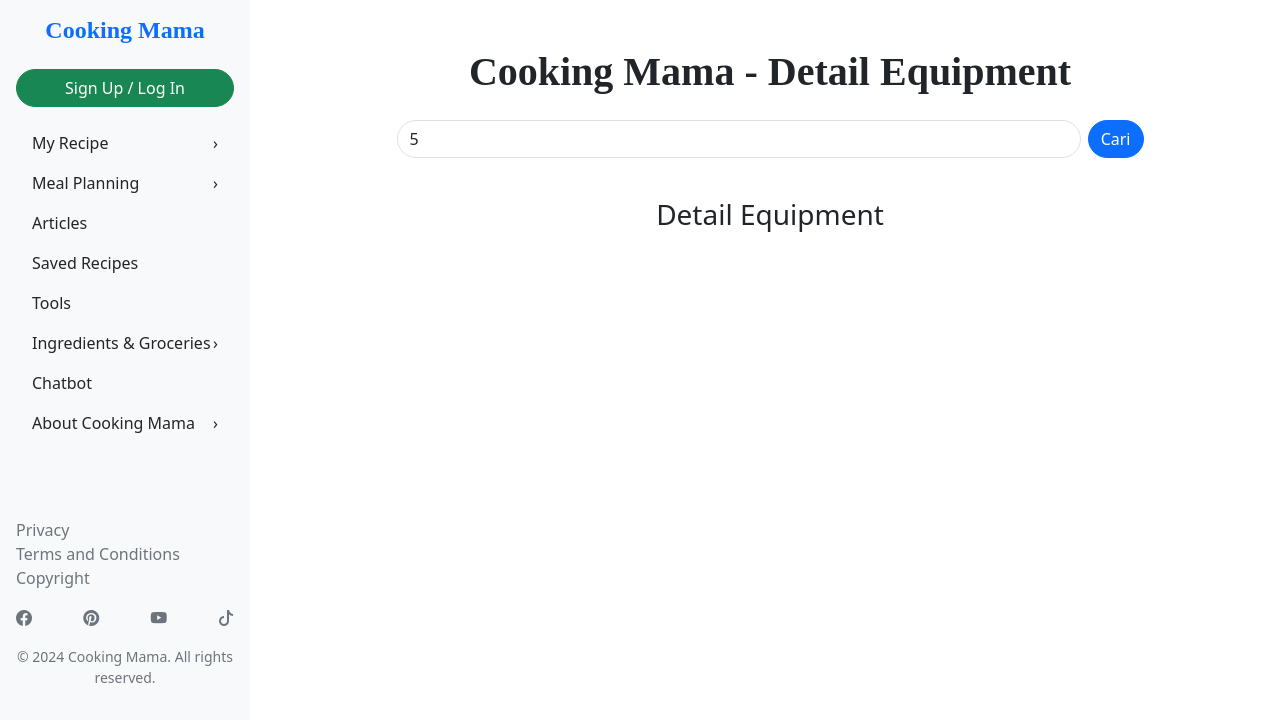
Repository: julius2510/UAS_Frontend_Kelompok10
Page: views/Tools.html
These files come from the project's save history. The page is drawn as it stood at one moment and after the next save; the edit follows.
The browser window is 1280 px wide. The pictures show the whole page.
Empty fields were first filled with sample values (such as "Sample", 5 or name@example.com).
After loading, the first visible `#searchEquipmentForm` was submitted once.
The page's requests for data from a server got no answer.

Above is the page before, as saved 2024-12-06 00:07:54.
Console error: TypeError: Cannot read properties of null (reading 'addEventListener')

After the next save:
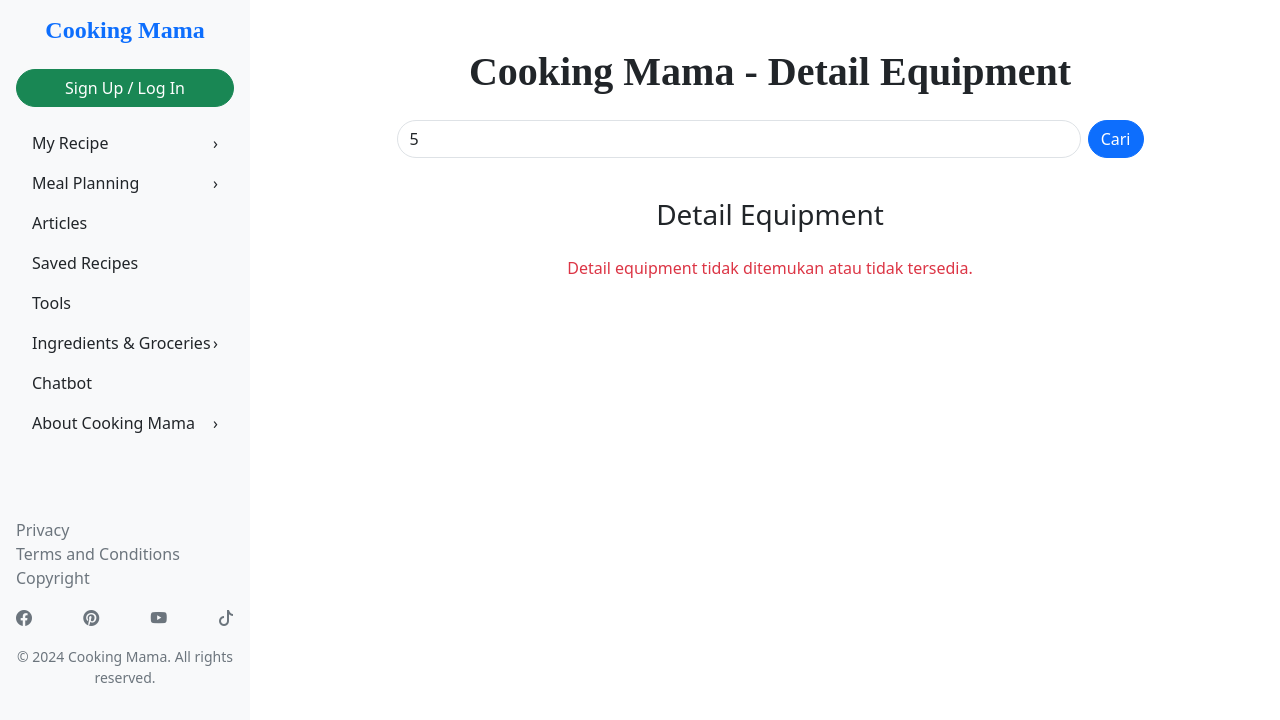
Saved 33 s later.
--- a/views/Tools.html
+++ b/views/Tools.html
@@ -125,58 +125,66 @@
 
 
 <script>
-const apiKey = '3a4bb7bba04f48c2a301ce1c3f1df88e';
+const apiKey = '3a4bb7bba04f48c2a301ce1c3f1df88e'; // API Key Spoonacular
 const searchEquipmentForm = document.getElementById('searchEquipmentForm');
 const equipmentResultDiv = document.getElementById('equipmentResult');
 
-// Fungsi untuk mendapatkan detail equipment berdasarkan ID
-async function getEquipmentById(id) {
-  const apiUrl = `https://api.spoonacular.com/food/products/${id}?apiKey=${apiKey}`;
-  try {
-    const response = await fetch(apiUrl);
-    if (!response.ok) throw new Error('Equipment tidak ditemukan');
-    const data = await response.json();
-    return data; // Kembalikan detail equipment
-  } catch (error) {
-    console.error('Error fetching equipment:', error);
-    equipmentResultDiv.innerHTML = `<p class="text-danger">Terjadi kesalahan: ${error.message}</p>`;
-  }
+// Fungsi untuk mendapatkan daftar equipment berdasarkan ID resep
+async function getEquipmentByRecipeId(recipeId) {
+    const apiUrl = `https://api.spoonacular.com/recipes/${recipeId}/equipmentWidget.json?apiKey=${apiKey}`;
+    try {
+        const response = await fetch(apiUrl);
+        if (!response.ok) throw new Error('Peralatan tidak ditemukan untuk resep ini');
+        const data = await response.json();
+        return data; // Mengembalikan data equipment
+    } catch (error) {
+        console.error('Error fetching equipment:', error);
+        return null;
+    }
 }
 
-// Fungsi untuk menampilkan detail equipment
-function displayEquipment(equipment) {
-  if (!equipment) {
-    equipmentResultDiv.innerHTML = '<p>Detail equipment tidak ditemukan.</p>';
-    return;
-  }
-
-  equipmentResultDiv.innerHTML = `
-    <div class="card shadow-lg border-0 mx-auto mb-5" style="width: 50%;">
-      <img src="${equipment.image}" class="card-img-top" alt="${equipment.title}" style="height: 200px; object-fit: cover;">
-      <div class="card-body">
-        <h5 class="card-title text-primary fw-bold">${equipment.title || 'Nama Tidak Diketahui'}</h5>
-        <p class="text-secondary">ID: ${equipment.id || 'Tidak diketahui'}</p>
-        <p class="text-muted">${equipment.description || 'Deskripsi tidak tersedia.'}</p>
-        <a href="${equipment.link || '#'}" target="_blank" >
-
-        </a>
-      </div>
-    </div>
-  `;
+// Fungsi untuk menampilkan daftar equipment
+function displayEquipment(equipmentData) {
+    if (!equipmentData || !equipmentData.equipment || equipmentData.equipment.length === 0) {
+        equipmentResultDiv.innerHTML = '<p class="text-danger">Detail equipment tidak ditemukan atau tidak tersedia.</p>';
+        return;
+    }
+
+    const equipmentList = equipmentData.equipment.map(equipment => `
+        <div class="card shadow-sm border-0 mx-auto mb-3" style="width: 70%;">
+            <div class="row g-0">
+                <div class="col-md-4">
+                    <img src="${equipment.image || 'https://via.placeholder.com/150'}" class="img-fluid rounded-start" alt="${equipment.name}">
+                </div>
+                <div class="col-md-8">
+                    <div class="card-body">
+                        <h5 class="card-title text-primary fw-bold">${equipment.name}</h5>
+                        <p class="text-muted">ID: ${equipment.id}</p>
+                    </div>
+                </div>
+            </div>
+        </div>
+    `).join('');
+
+    equipmentResultDiv.innerHTML = `
+        <h4 class="text-success mb-4">Daftar Peralatan</h4>
+        ${equipmentList}
+    `;
 }
 
 // Event listener untuk form pencarian equipment
 searchEquipmentForm.addEventListener('submit', async (e) => {
-  e.preventDefault();
-  const id = document.getElementById('equipmentId').value;
-
-  if (!id) {
-    equipmentResultDiv.innerHTML = '<p class="text-danger">Harap masukkan ID Equipment!</p>';
-    return;
-  }
-
-  const equipment = await getEquipmentById(id); // Cari berdasarkan ID
-  displayEquipment(equipment);
+    e.preventDefault();
+    const recipeId = document.getElementById('recipeId').value;
+
+    if (!recipeId) {
+        equipmentResultDiv.innerHTML = '<p class="text-danger">Harap masukkan ID Resep!</p>';
+        return;
+    }
+
+    equipmentResultDiv.innerHTML = '<p class="text-info">Sedang mencari...</p>';
+    const equipmentData = await getEquipmentByRecipeId(recipeId); // Mengambil daftar peralatan berdasarkan ID resep
+    displayEquipment(equipmentData); // Menampilkan daftar peralatan
 });
     document.addEventListener('DOMContentLoaded', function () {
     // Cek apakah pengguna sudah login
